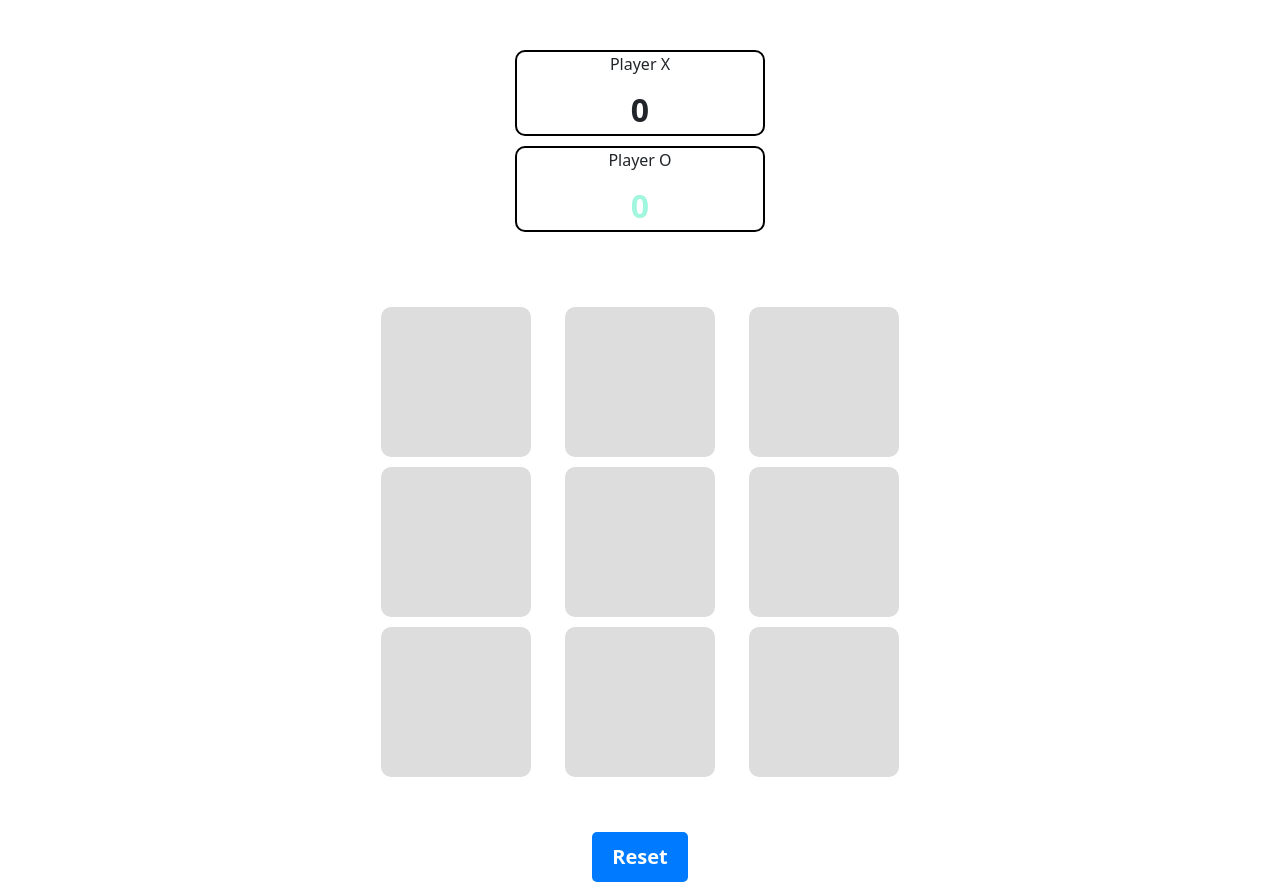
Repository: woodsdeshe/Tic-Tac-Toe
Page: index.html
The author's editor kept a copy of each file at every save. The page is drawn from the files as they stood at one save, then again after the next save.
The browser window is 1280 px wide. The pictures show the whole page.

Above is the page before, as saved 2023-03-31 20:43:12.

After the next save:
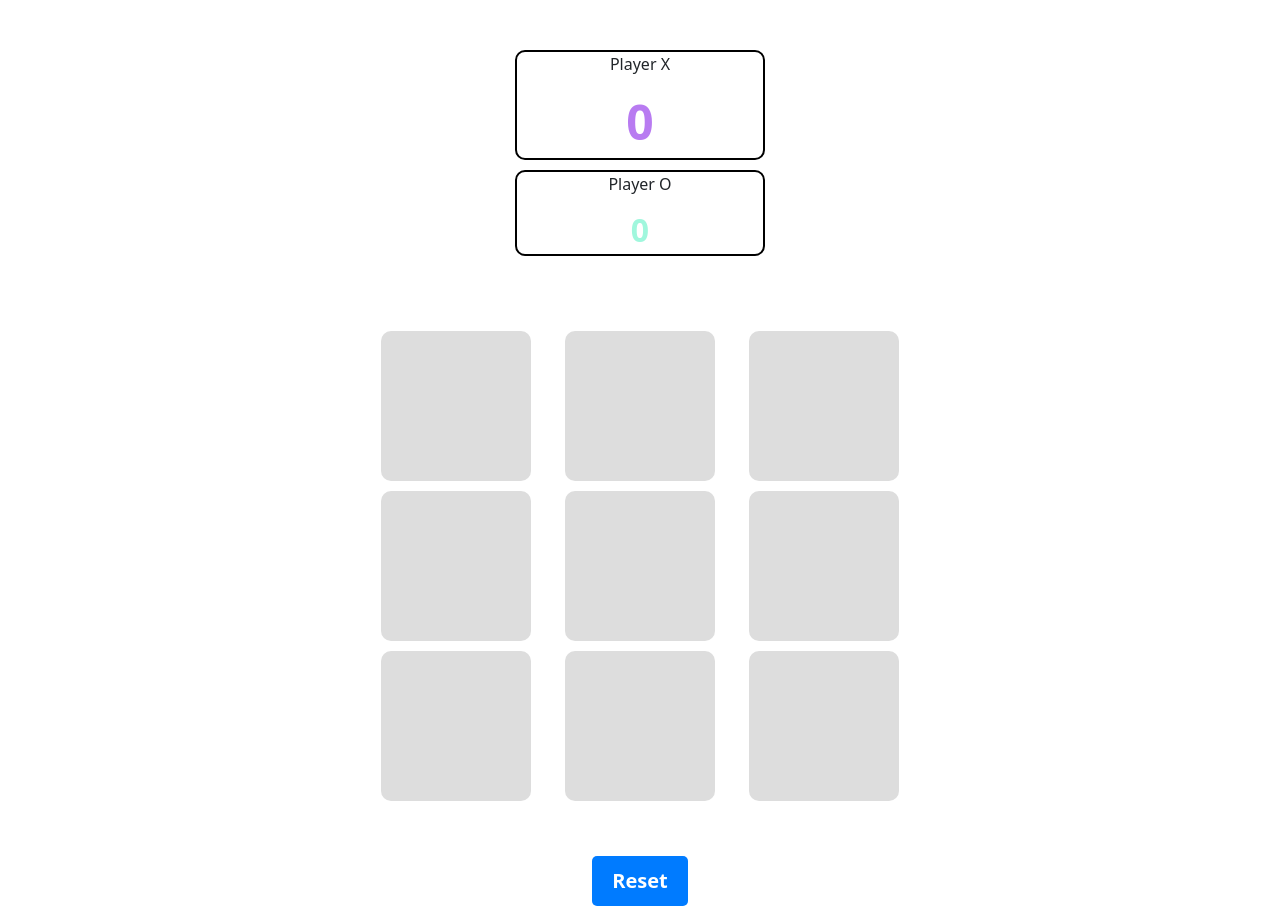
Saved 4 s later.
--- a/styles.css
+++ b/styles.css
@@ -19,7 +19,7 @@
     margin-bottom: 10px;
   }
 
-.sc
+.scoreboard
 
 .score-x{
     font-size: 48px;

After the save that followed:
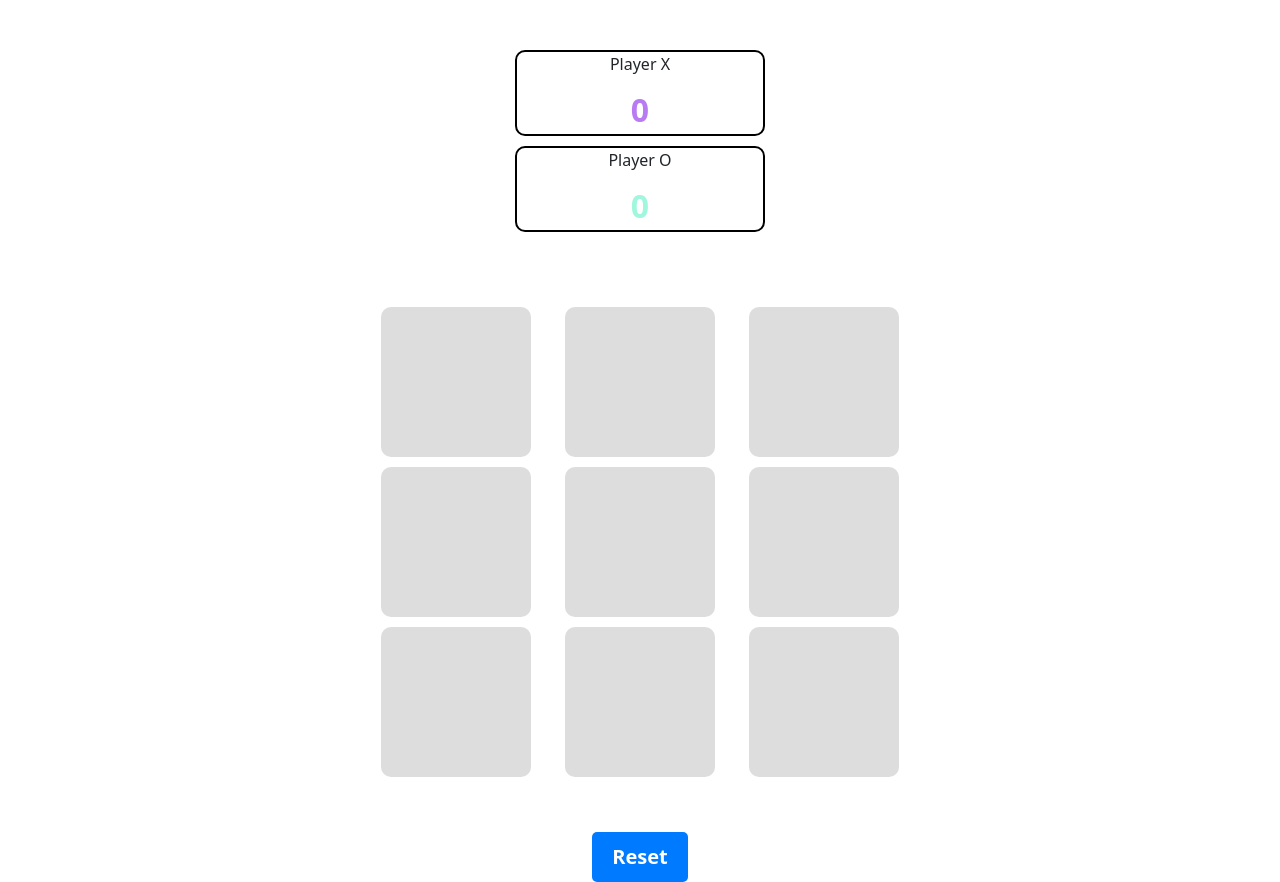
Saved 4 s later.
--- a/styles.css
+++ b/styles.css
@@ -19,7 +19,9 @@
     margin-bottom: 10px;
   }
 
-.scoreboard
+.scoreboard-right{
+
+}
 
 .score-x{
     font-size: 48px;
